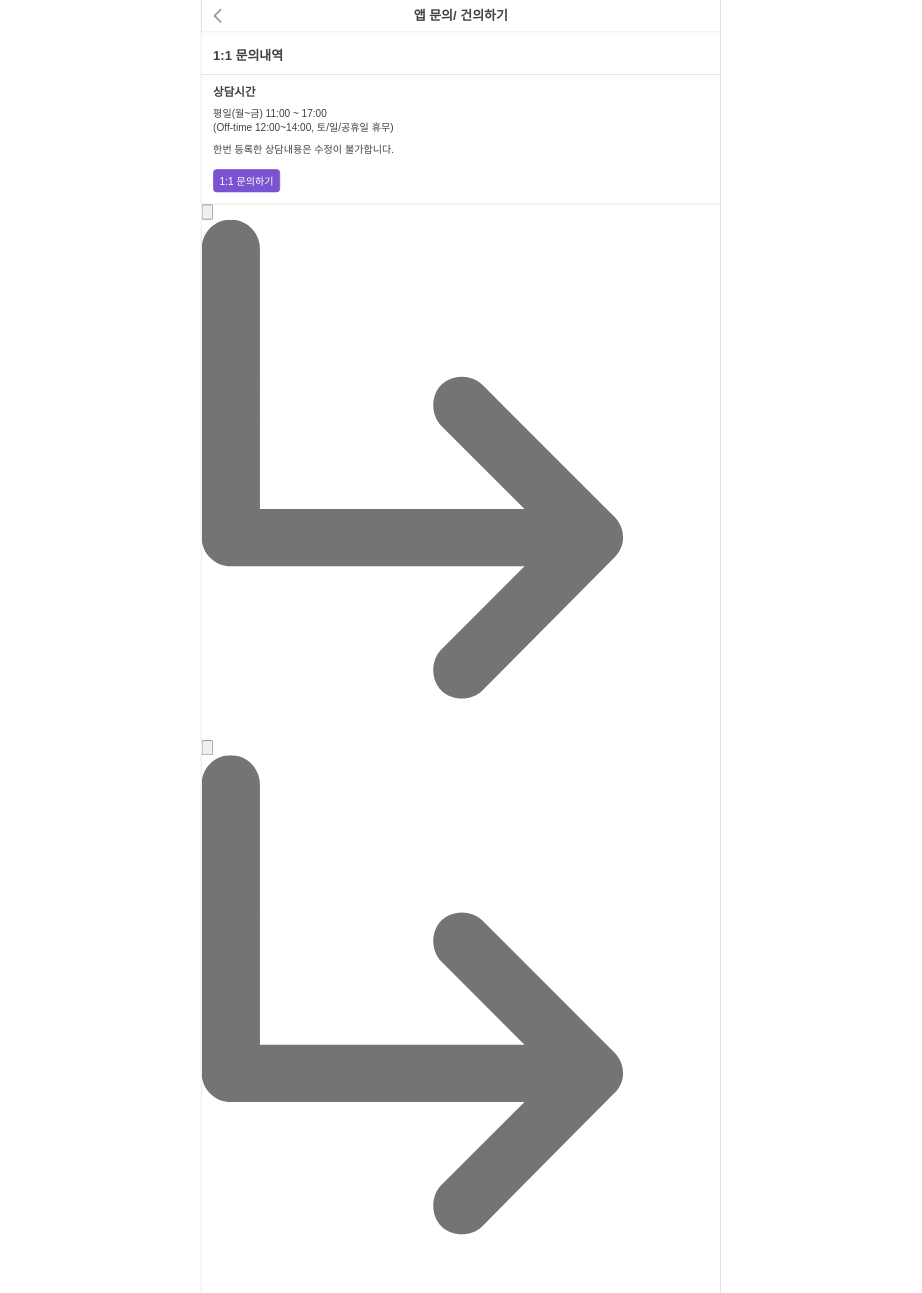
Repository: gosun1018/denguru
Page: my_complain.html
An editor plug-in stored every save of this project. The page is shown before and after the next save, followed by the edit.
The browser window is 1280 px wide. The pictures show the whole page, at 72% of full size.
Some web fonts or font styles are not loaded; a fallback is used. The style sheet was rebuilt from its Sass, Less or Tailwind sources for each picture, by a compiler version that may differ from the author's.

Above is the page before, as saved 2020-03-20 19:25:25.

After the next save:
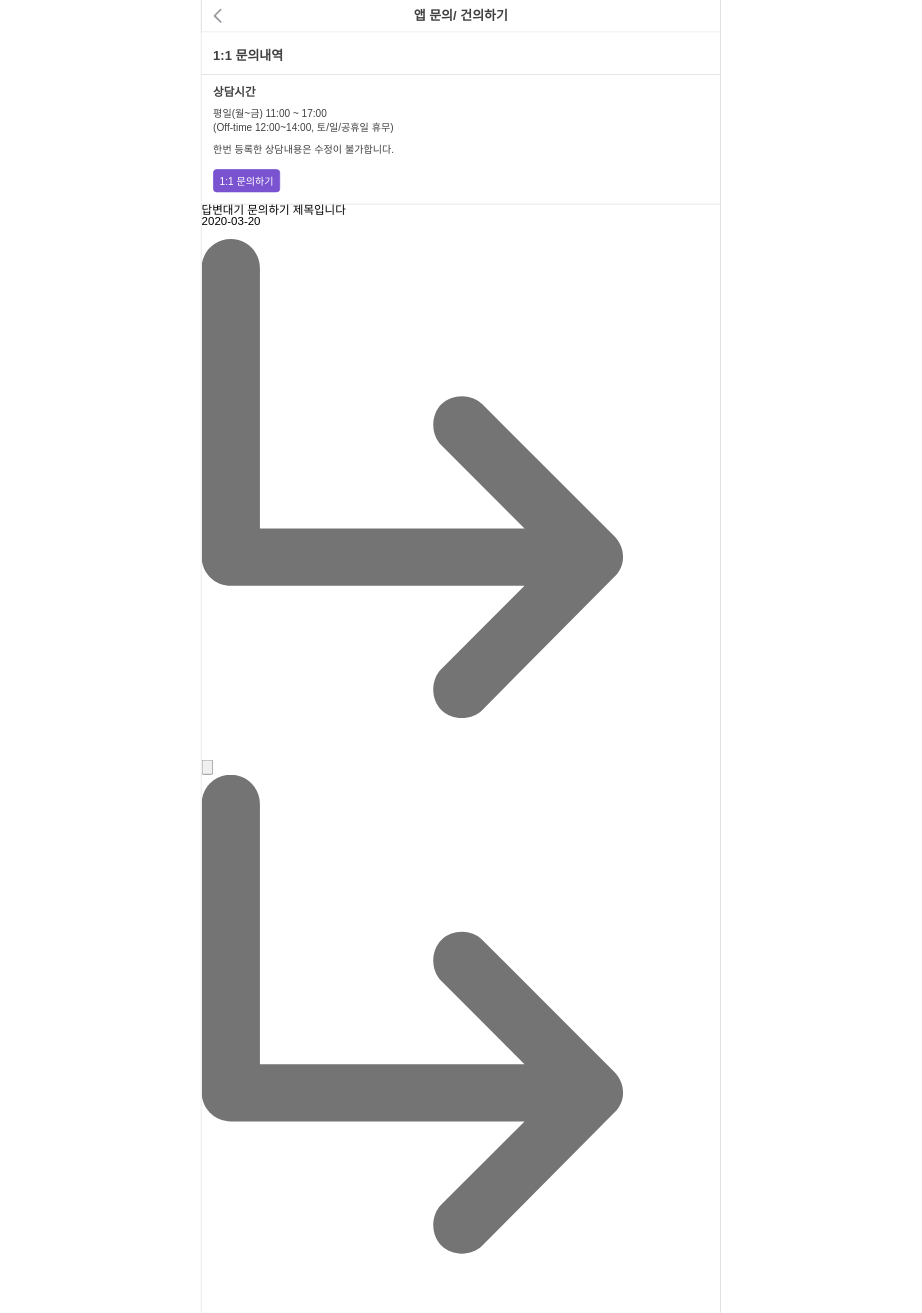
Saved 58 s later.
--- a/my_complain.html
+++ b/my_complain.html
@@ -41,11 +41,14 @@
                             <div class="complain_title_box">
                                 <div class="txt_box">
                                     <div class="complain_title">
-                                        <span class="tag tag_wait"></span>
+                                        <span class="tag tag_wait">답변대기</span>
+                                        문의하기 제목입니다
                                     </div>
-                                    <div class="complain_date"></div>
+                                    <div class="complain_date">
+                                        2020-03-20
+                                    </div>
                                 </div>
-                                <button class="btn_accordion">
+                                <button class="btn_accordion btn_linkstyle">
                                     <img src="images/icon-angle-down-gray.svg" alt="" class="icon">
                                 </button>
                             </div>
